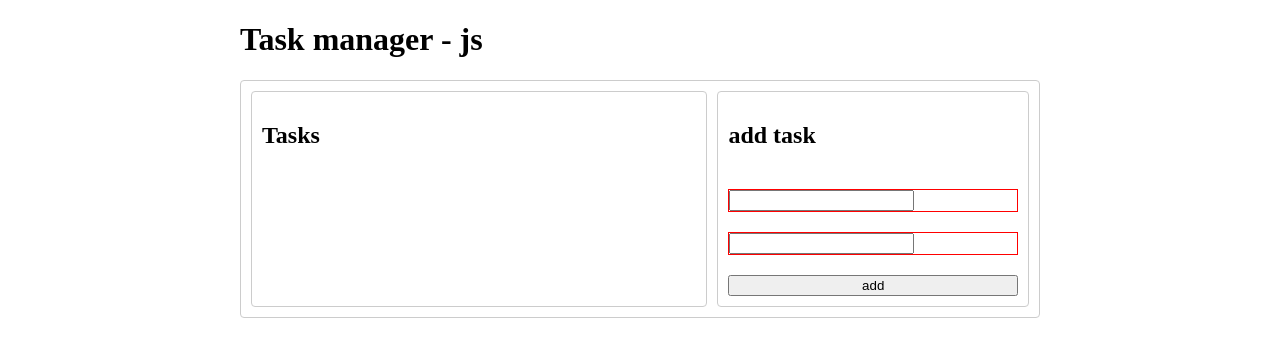
Repository: iKrekus/taskmgr-js
Page: index.html
These files come from the project's save history. The page is drawn as it stood at one moment and after the next save; the edit follows.
The browser window is 1280 px wide. The pictures show the whole page.

Above is the page before, as saved 2024-03-15 13:40:01.

After the next save:
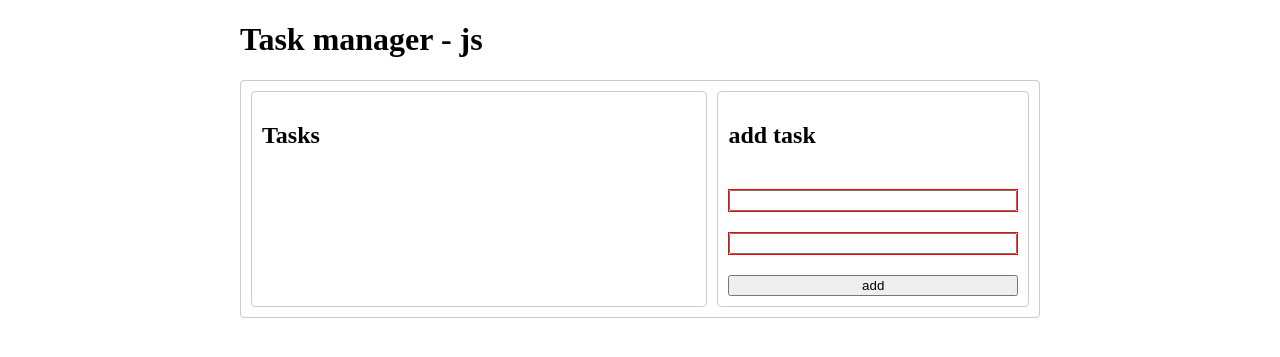
Saved 10 s later.
--- a/style.css
+++ b/style.css
@@ -31,11 +31,11 @@ li {
   border: 1px solid red;
 }
 
-/*
+
 .task-mgr__field {
   width: 100%;
   padding: 1px 5px;
-} */
+}
 
 .task-mgr-btn {
   width: 100%;
